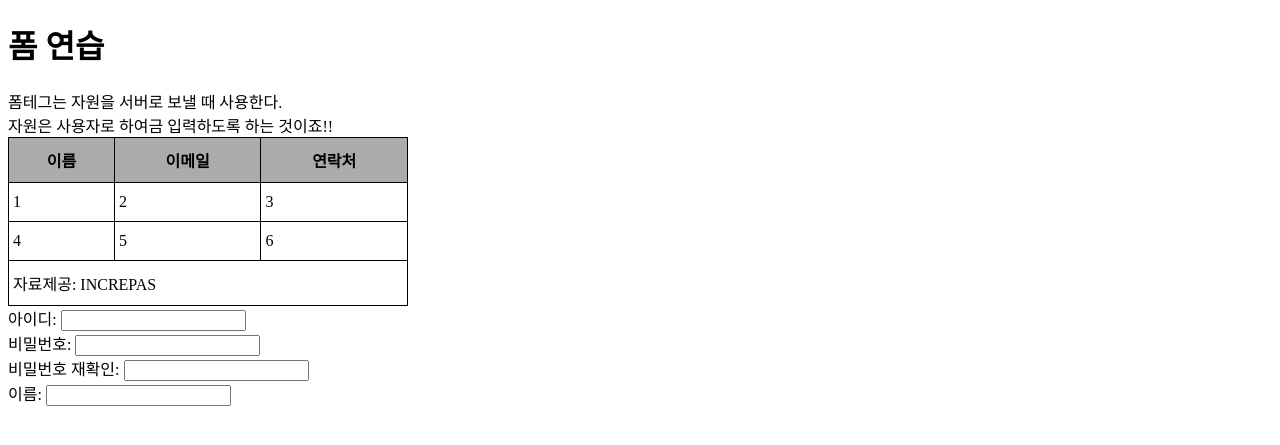
Repository: CHOKIHO/html
Page: work/0109/WebContent/ex2_form_table.html
The author's editor kept a copy of each file at every save. The page is drawn from the files as they stood at one save, then again after the next save.
The browser window is 1280 px wide. The pictures show the whole page.

Above is the page before, as saved 2017-01-09 01:45:48.

### work/0109/WebContent/ex2_form_table.html
<!DOCTYPE html>
<html>
<head>
<meta charset="UTF-8">
<title>Insert title here</title>
<style type="text/css">

	table{
		border: 1px solid black;
		width: 400px;
		border-collapse: collapse;
		border-spacing: 0px; /* 셀과 셀 사이의 간격 */
	}
	td, th{
		border: 1px solid black;
		padding: 10px  4px;
	}

	table>thead>tr{
		background-color: #ababab;
	}
</style>
</head>
<body>

	<h1>폼 연습</h1>

	폼테그는 자원을 서버로 보낼 때 사용한다.<br/>
	자원은 사용자로 하여금 입력하도록 하는 것이죠!!

	<form>
		<table>
			<thead>
				<tr>
					<th>이름</th>
					<th>이메일</th>
					<th>연락처</th>
				</tr>
			</thead>
			<tfoot>
				<tr>
					<td colspan="3">자료제공: INCREPAS</td><!-- colspan은 컬럼들의 병합, rowspan은 행 병합 -->
				</tr>
			</tfoot>
			<tbody>
				<tr>
					<td>1</td>
					<td>2</td>
					<td>3</td>
				</tr>
				<tr>
					<td>4</td>
					<td>5</td>
					<td>6</td>
				</tr>
			</tbody>
		</table>


		<label for="m_id">아이디:</label>
		<input type="text"  id="m_id"  name="id"/><br/>

		<label for="m_pw">비밀번호:</label>
		<!-- HTML에서 이름이 같은 파라미터들은 JSP에서는 배열로 받는다. -->
		<input type="password"  id="m_pw"  name="pw"/><br/>

		<label for="m_pwd">비밀번호 재확인:</label>
		<input type="password"  id="m_pwd"  name="pw"/><br/>

		<label for="m_name">이름:</label>
		<input  id="m_name"  name="name"/><br/>
	</form>
</body>
</html>

After the next save:
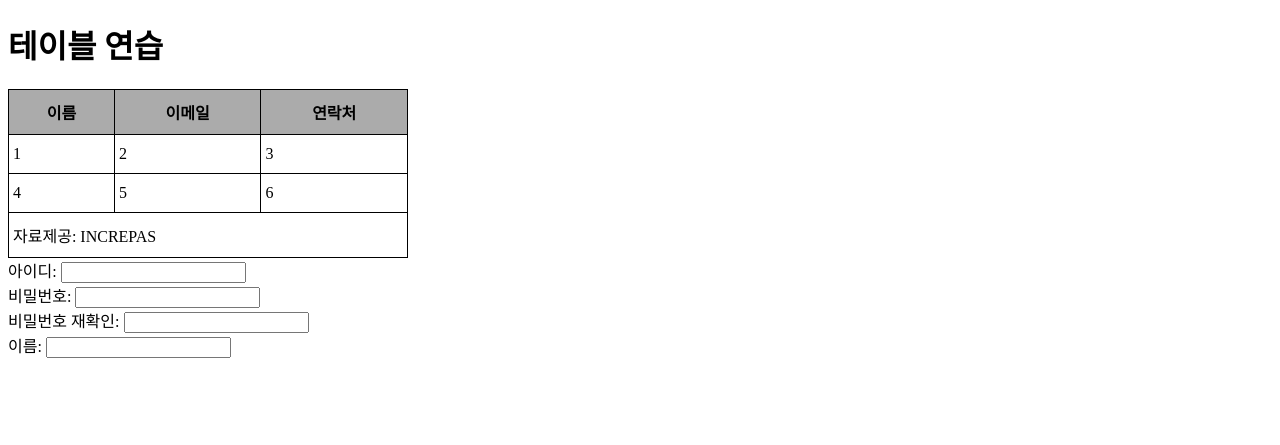
Saved 14 min 43 s later.
--- a/work/0109/WebContent/ex2_form_table.html
+++ b/work/0109/WebContent/ex2_form_table.html
@@ -23,10 +23,7 @@
 </head>
 <body>
 
-	<h1>폼 연습</h1>
-
-	폼테그는 자원을 서버로 보낼 때 사용한다.<br/>
-	자원은 사용자로 하여금 입력하도록 하는 것이죠!!
+	<h1>테이블 연습</h1>
 
 	<form>
 		<table>
